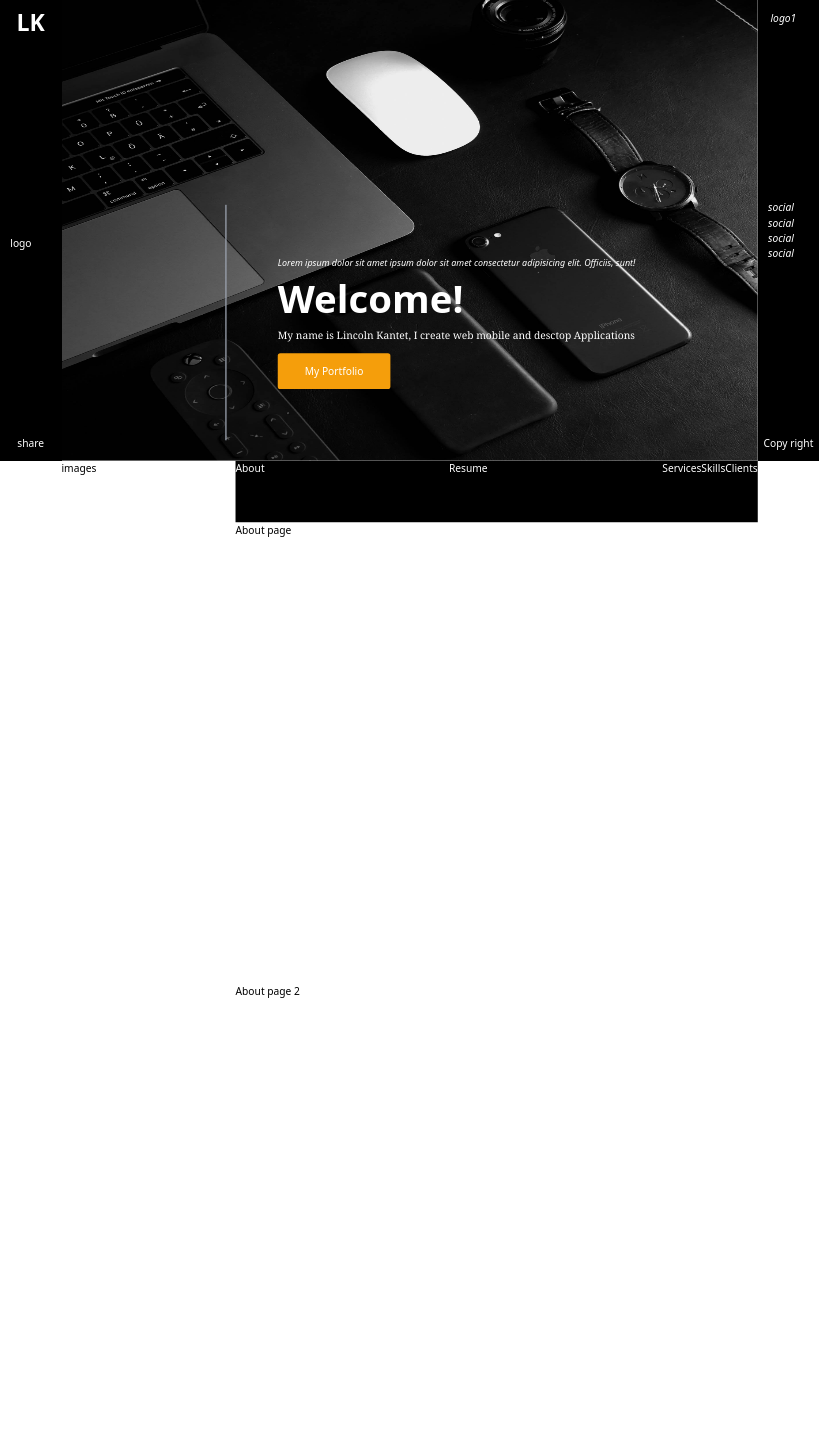
Repository: linco6054/template-tailwindcss
Page: index.html
These files come from the project's save history. The page is drawn as it stood at one moment and after a run of saves; the edit follows.
The browser window is 1280 px wide. The pictures show the whole page, at 64% of full size.

Above is the page before, as saved 2021-08-17 17:49:21.

### index.html
<!DOCTYPE html>
<html lang="en">

  <head>
    <meta charset="UTF-8" />
    <meta http-equiv="X-UA-Compatible" content="IE=edge" />
    <meta name="viewport" content="width=device-width, initial-scale=1.0" />
    <link href="https://unpkg.com/tailwindcss@^2/dist/tailwind.min.css" rel="stylesheet" />
    <link rel="stylesheet" href="style.css">
    <title>Lincoln Kantet</title>
  </head>

  <body class="font-sans text-white  max-w-full h-auto flex flex-col lg:flex-row">
    <!-- nav -->
    <nav class="
        fixed
        top-0
        lg:left-0
        overflow-hidden
        bg-black
        h-20
        flex
        justify-between
        lg:flex-col
        items-center
        w-full
        lg:w-24 lg:h-screen
        z-50
      ">
      <span>
        <h1 class="mx-4 lg:mt-4 text-4xl font-bold">LK</h1>
      </span>
      <div class="mx-4 cursor-pointer">
        <i class="opacity-0 hover:opacity-100">menu</i>
        <span>logo</span>
      </div>

      <span class="mx-4 lg:mb-4">share</span>
    </nav>
    <!-- pages -->
    <section class="
        px-0
        lg:px-24
        overflow-hidden
        flex-col
        md:w-full
        lg:w-full
        h-auto
        text-black
        pt-20
        md:pt-0

      ">
      <div class="h-screen w-full relative overflow-hidden">
        <img class="absolute  z-0 h-full w-full" src="/images/bg.jpg" alt="">

        <div
          class="md:border-l-2 md:pl-20 md:py-20 md:border-gray-400 px-10 lg:ml-64 absolute text-white top-64 md:top-80 w-full z-20 flex flex-col  items-left  ">
          <i class="w-full text-sm mb-4 ">Lorem ipsum dolor sit amet ipsum dolor sit amet consectetur adipisicing elit.
            Officiis, sunt!</i>
          <h1 class="font-extrabold text-6xl mb-4">Welcome!</h1>
          <p class="font-serif mb-4">My name is Lincoln Kantet, I create web mobile and desctop Applications</p>
          <button class="bg-yellow-500 px-4 py-2 md:px-10 md:py-4 rounded w-44 hover:bg-yellow-700 ">My
            Portfolio</button>
        </div>
      </div>
      </div>
      <!-- other screen mother container -->
      <div class="h-auto relative flex ">
        <div class="w-1/3 hidden md:block">images</div>
        <div class="w-full">
          <nav class="text-white sticky top-24 h-24 bg-black w-full flex">
              <a class="flex-1" href="about">About</a>
              <a class="flex-1" href="about">Resume</a>
              <a href="about">Services</a>
              <a href="about">Skills</a>
              <a href="about">Clients</a>
          </nav>
          <main>
            <div class="h-screen">About page</div>
            <div class="h-screen">About page 2</div>
          </main>
        </div>

      </div>
      <!-- end of other screen mother container -->
    </section>
    <!-- footer -->
    <footer class="
        lg:fixed lg:right-0
        overflow-hidden
        w-full
        lg:w-24
        bg-black
        h-20
        flex
        lg:h-screen
        flex-row-reverse
        justify-between
        items-center
        lg:flex-col
      ">
      <span class="mr-4 lg:mt-4">
        <i>logo1</i>
      </span>
      <span class="ml-4">
        <i>social</i>
        <i>social</i>
        <i>social</i>
        <i>social</i>
      </span>
      <span class="hidden lg:block lg:mb-4 ">
        <p class="md:rotate-90">Copy right</p>
      </span>
    </footer>
  </body>

</html>

Loaded but not shown: style.css (no stored copy; drawn as an empty file)

After the next 3 saves:
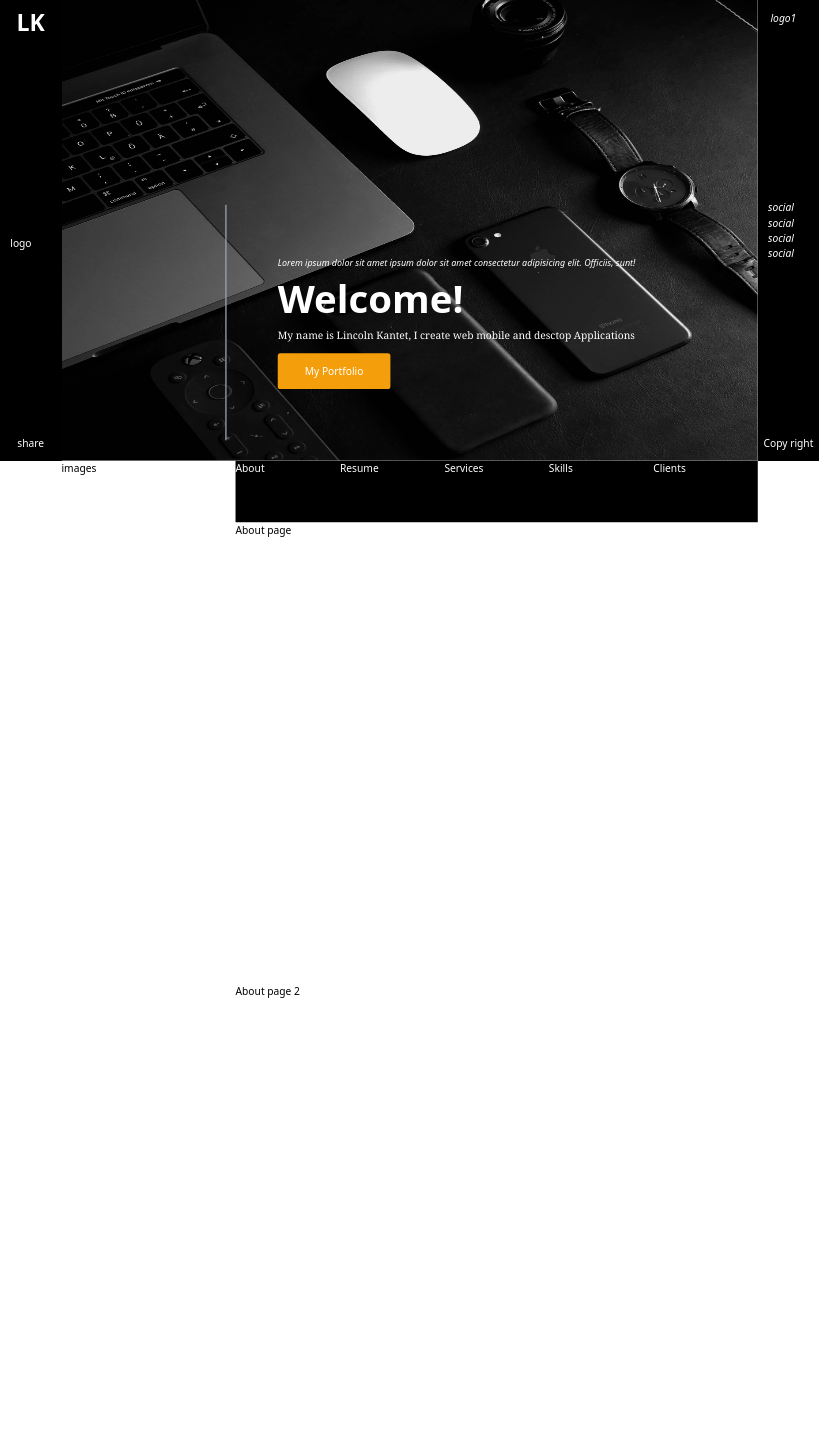
The 3 saves are shown as one change because they came seconds apart.
The last was saved 23 s later.
--- a/index.html
+++ b/index.html
@@ -72,9 +72,9 @@
           <nav class="text-white sticky top-24 h-24 bg-black w-full flex">
               <a class="flex-1" href="about">About</a>
               <a class="flex-1" href="about">Resume</a>
-              <a href="about">Services</a>
-              <a href="about">Skills</a>
-              <a href="about">Clients</a>
+              <a class="flex-1" href="about">Services</a>
+              <a class="flex-1" href="about">Skills</a>
+              <a class="flex-1" href="about">Clients</a>
           </nav>
           <main>
             <div class="h-screen">About page</div>
